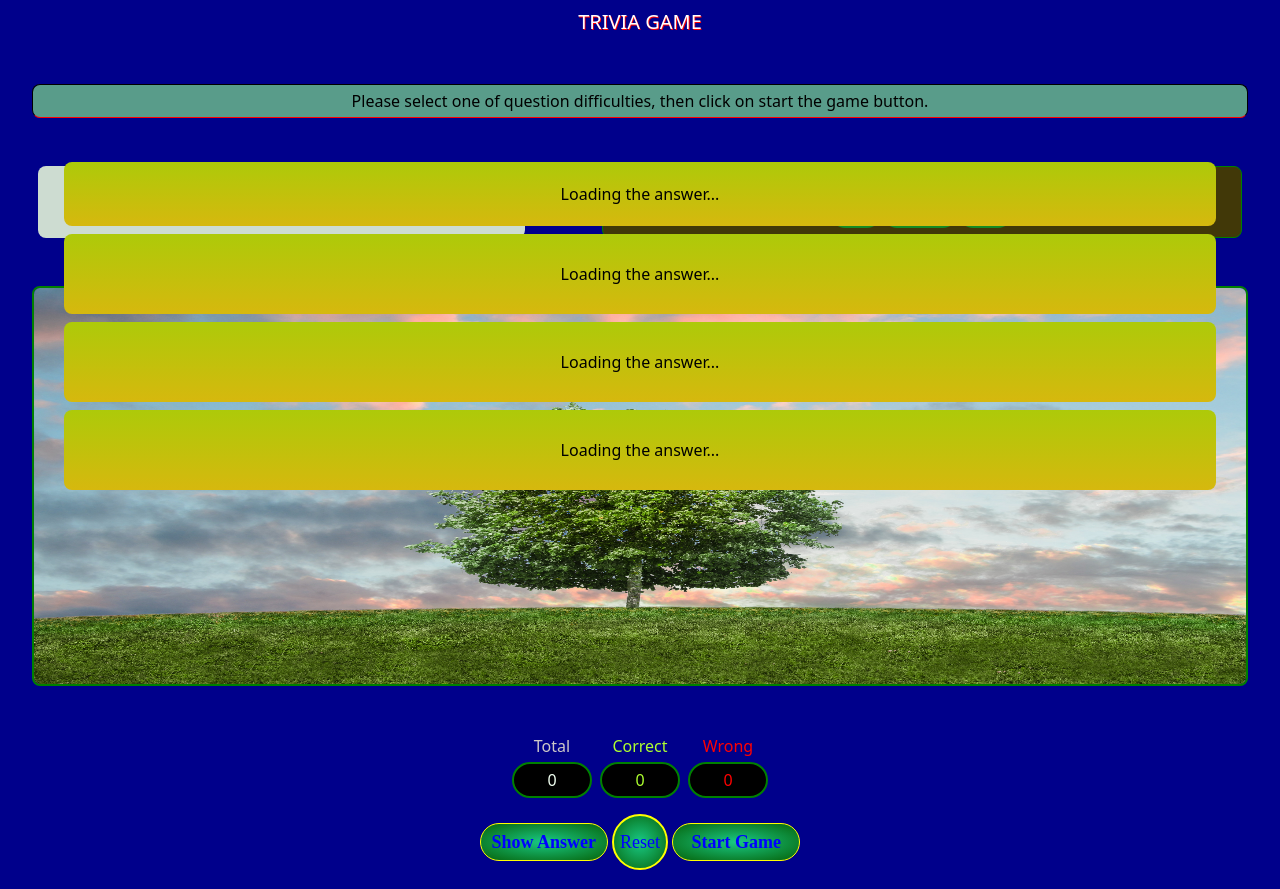
Repository: ShindanoSingi/bembe-trivia
Page: index.html
These files come from the project's save history. The page is drawn as it stood at one moment and after the next save; the edit follows.
The browser window is 1280 px wide. The pictures show the whole page.
Some web libraries are served in a nearby version.

Above is the page before, as saved 2022-09-08 01:00:47.

After the next save:
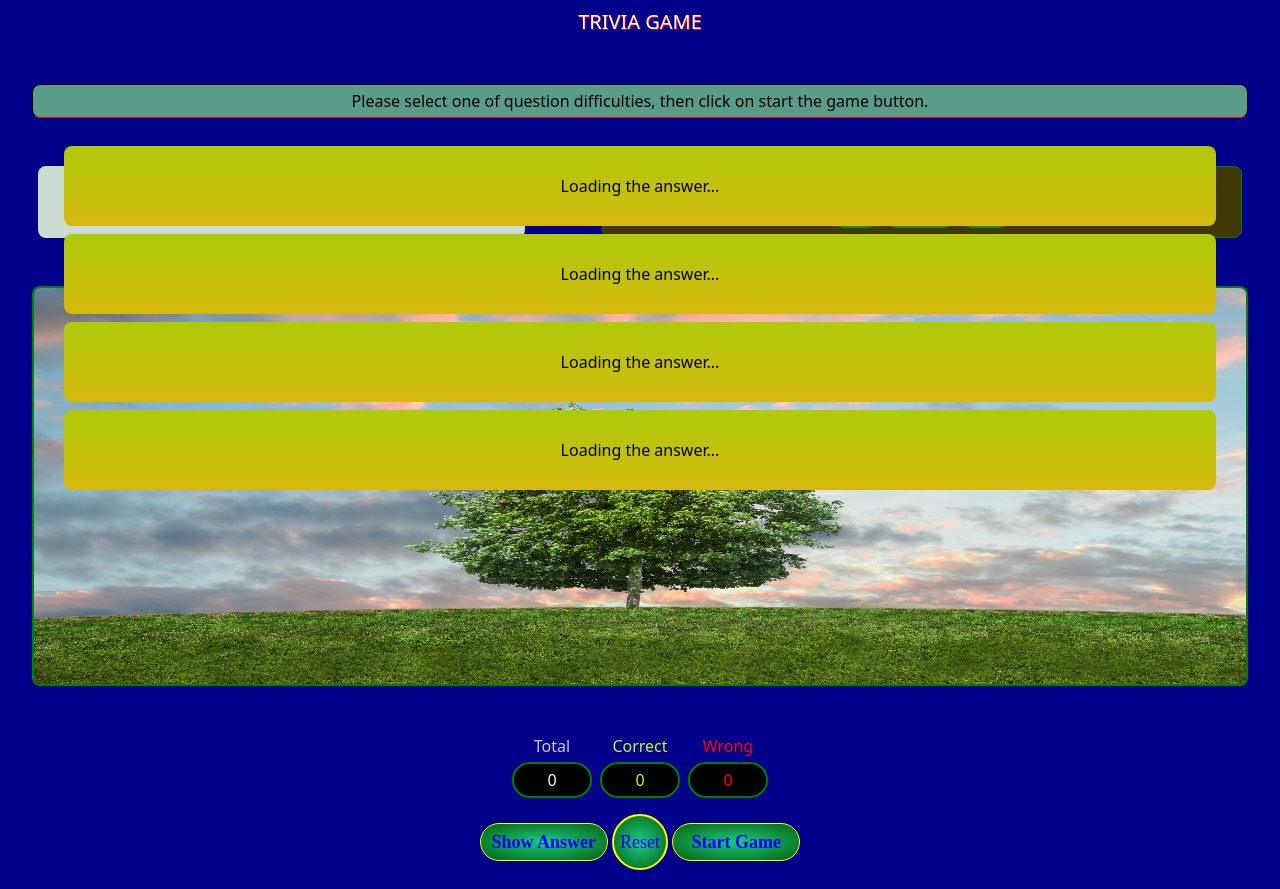
Saved 36 s later.
--- a/index.html
+++ b/index.html
@@ -36,7 +36,7 @@
                 <img class="w-[95vw] h-[25rem] mx-auto" src="pexels-skitterphoto-9198.jpg" alt="nature image">
                 <div class="answersButtons absolute bottom-[14.4rem] ml-[5vw] flex space-y-2 items-center  flex-col">
                     <button class="showAnswer w-[90vw] p-1 absolute bottom-[17rem] mx-auto text-sm h-[5rem]">Loading the answer...</button>
-                    <button class="response w-[90vw] p-1 text-center text-md h-[4rem]" id="response1">Loading the answer...</button>
+                    <button class="response w-[90vw] p-1 text-center text-md h-[5rem]" id="response1">Loading the answer...</button>
                     <button class="response w-[90vw] p-1 text-md h-[5rem]" id="response2">Loading the answer...</button>
                     <button class="response w-[90vw] p-1 text-md h-[5rem]" id="response3">Loading the answer...</button>
                     <button class="response w-[90vw] p-1 text-md h-[5rem]" id="response4">Loading the answer...</button>
